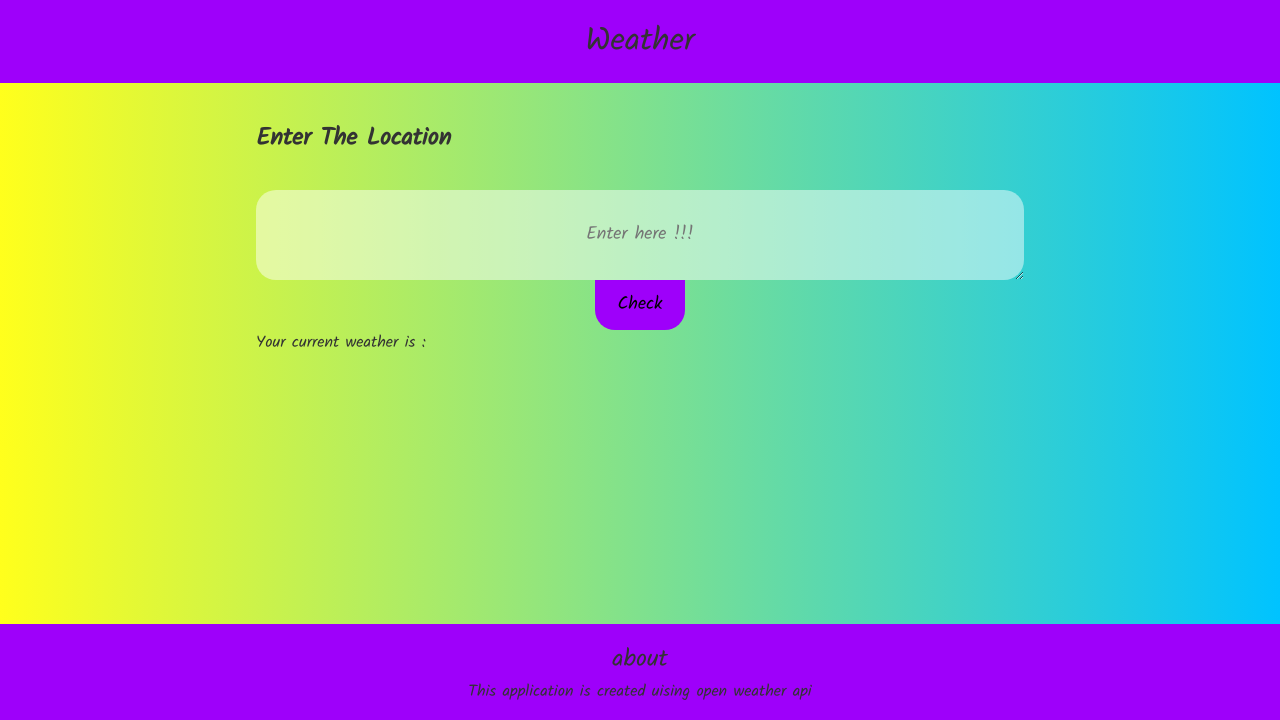
Repository: Irfan-vit/openapi
Page: index.html
These files come from the project's save history. The page is drawn as it stood at one moment and after the next save; the edit follows.
The browser window is 1280 px wide. The pictures show the whole page.

Above is the page before, as saved 2021-05-27 23:51:32.

After the next save:
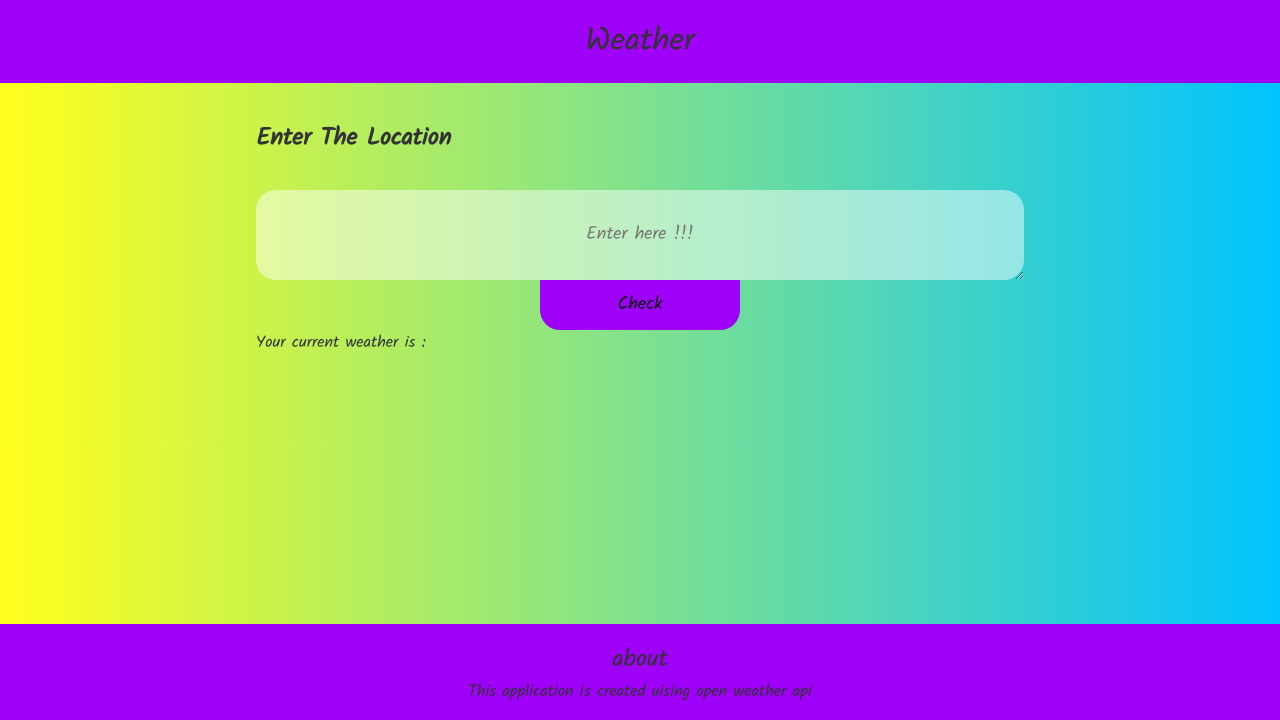
Saved 8 s later.
--- a/style.css
+++ b/style.css
@@ -68,7 +68,7 @@ button {
     font-size: large;
     cursor: pointer;
     height: 50px;
-    width: 90px;
+    width: 200px;
     border-bottom-left-radius:20px;
     border-bottom-right-radius:20px;
     /* text-align: center; */
